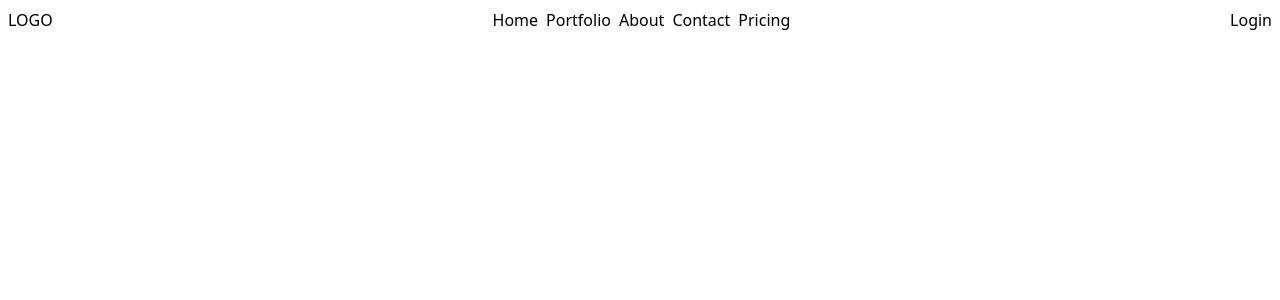
Repository: DevAntonioRogers/react-modal-with-dialog
Page: /
The author's editor kept a copy of each file at every save. The page is drawn from the files as they stood at one save, then again after the next save.
The browser window is 1280 px wide. The pictures show the whole page.
The project was rebuilt for these pictures with package versions that can differ from the ones it lists, and the page was loaded fresh each time. Also part of the build but not shown: vite.config.ts.

Above is the page before, as saved 2023-05-10 08:42:45.

### src/App.tsx
function App() {
  return (
    <nav className="flex justify-between items-center p-2">
      <div>
        <h1>LOGO</h1>
      </div>

      <ul className="flex items-center gap-2">
        <li>
          <a href="#">Home</a>
        </li>
        <li>
          <a href="#">Portfolio</a>
        </li>
        <li>
          <a href="#">About</a>
        </li>
        <li>
          <a href="#">Contact</a>
        </li>
        <li>
          <a href="#">Pricing</a>
        </li>
      </ul>

      <div>
        <button>Login</button>
      </div>
    </nav>
  );
}

export default App;

Loaded but not shown: index.html (common file); src/main.tsx (common file); src/index.css (common file); tailwind.config.js (common file)

After the next save:
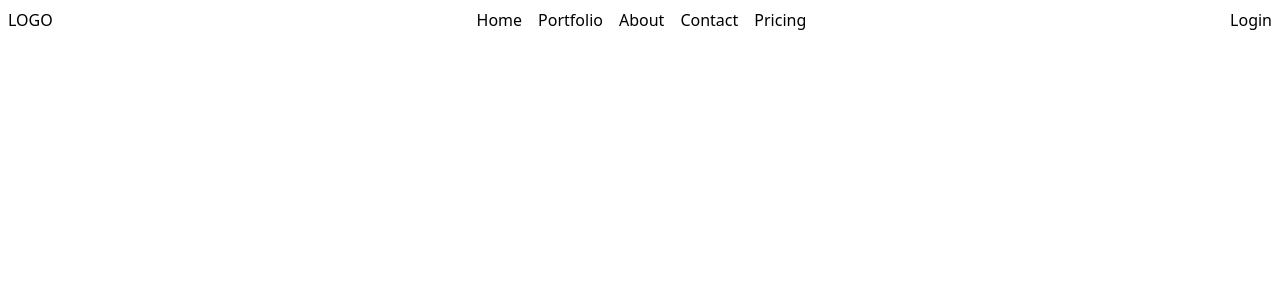
Saved 4 s later.
--- a/src/App.tsx
+++ b/src/App.tsx
@@ -5,7 +5,7 @@ function App() {
         <h1>LOGO</h1>
       </div>
 
-      <ul className="flex items-center gap-2">
+      <ul className="flex items-center gap-4">
         <li>
           <a href="#">Home</a>
         </li>
